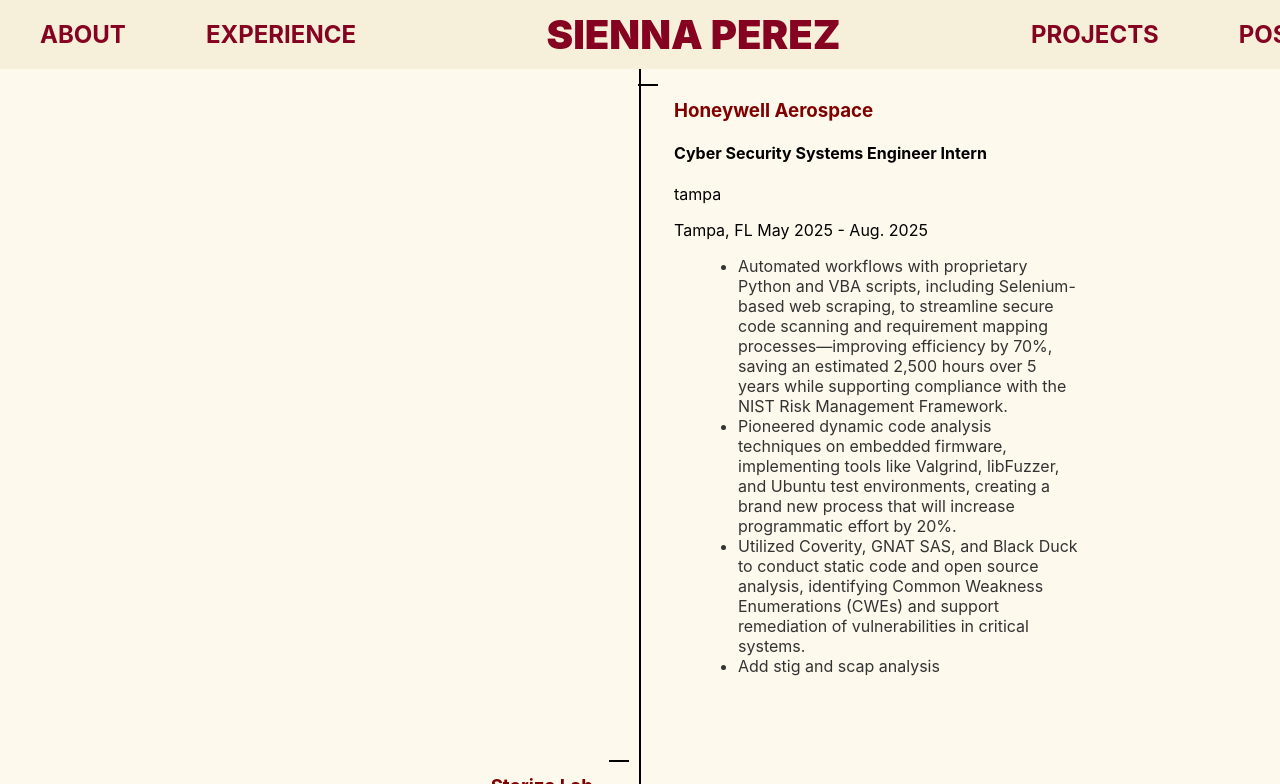
Repository: siennaperez/siennaperezweb
Page: /experience
These files come from the project's save history. The page is drawn as it stood at one moment and after the next save; the edit follows.
The browser window is 1280 px wide. The pictures show the whole page.
An inner scrolling area shows only its first screen. The project was rebuilt for these pictures with package versions that can differ from the ones it lists, and the page was loaded fresh each time. Also part of the build but not shown: src/App.css, src/pages/About.css, src/pages/About.js, src/pages/Home.js.

Above is the page before, as saved 2025-09-21 15:20:54.

### src/App.js
import './App.css';
import ReactDOM from "react-dom/client";
import { BrowserRouter, Routes, Route, Link } from "react-router-dom";
import Navbar from "./components/Navbar";
import Home from "./pages/Home";
import About from "./pages/About";
import Experience from "./pages/Experience";


function App() {
  return (
    <BrowserRouter>
      <Navbar />
      <Routes>
        <Route path="/" element={<Home />} />
        <Route path="/about" element={<About />} />
        <Route path="/experience" element={<Experience />} />

      </Routes>
    </BrowserRouter>
  );
}

export default App;

const root = ReactDOM.createRoot(document.getElementById('root'));
root.render(<App />);

### src/components/Navbar.js
import "./Navbar.css";

import { Link } from 'react-router-dom';

const Navbar = () => {
  return (
    <nav className= "navbar">
      <ul className="nav-list">
        <div class="nav-left">
      <li class="nav-item"><a href="/about">ABOUT</a></li>
      <li class="nav-item"><a href="/experience">EXPERIENCE</a></li>
    </div>

    <div class="nav-center">
      <li class="nav-item"><a href="/">SIENNA PEREZ</a></li>
    </div>

    <div class="nav-right">
      <li class="nav-item"><a href="/projects">PROJECTS</a></li>
      <li class="nav-item"><a href="/posts">POSTS</a></li>
    </div>
      </ul>

    </nav>
  );
}

export default Navbar;

### src/pages/Experience.js
import "./Experience.css";


function Experience() {
return (
    <div className="experience-container">
      <div className="timeline">
        {/* Honeywell */}
        <div className="timeline-item right">
          <h3>Honeywell Aerospace</h3>
          <h4>Cyber Security Systems Engineer Intern</h4>
            <p>tampa</p>Tampa, FL
            May 2025 - Aug. 2025


          <ul>
            <li>Automated workflows with proprietary Python and VBA scripts, including Selenium-based web scraping, to streamline secure code scanning and requirement mapping processes—improving efficiency by 70%, saving an estimated 2,500 hours over 5 years while supporting compliance with the NIST Risk Management Framework.</li>
            <li>Pioneered dynamic code analysis techniques on embedded firmware, implementing tools like Valgrind, libFuzzer, and Ubuntu test environments, creating a brand new process that will increase programmatic effort by 20%.</li>
            <li>Utilized Coverity, GNAT SAS, and Black Duck to conduct static code and open source analysis, identifying Common Weakness Enumerations (CWEs) and support remediation of vulnerabilities in critical systems.</li>
            <li>Add stig and scap analysis</li>
          </ul>
        </div>

        {/* Storiza Lab */}
        <div className="timeline-item left">
          <h3>Storiza Lab</h3>
          <ul>
            <li>description here</li>
            <li>more text</li>
          </ul>
        </div>

        {/* Data Job */}
        <div className="timeline-item right">
          <h3>Data Job?</h3>
          <ul>
            <li>description here</li>
            <li>more text</li>
          </ul>
        </div>

        {/* WiCSE */}
        <div className="timeline-item left">
          <h3>WiCSE</h3>
          <ul>
            <li>description here</li>
            <li>more text</li>
          </ul>
        </div>

        {/* WECE */}
        <div className="timeline-item right">
          <h3>WECE</h3>
          <ul>
            <li>description here</li>
            <li>more text</li>
          </ul>
        </div>
      </div>
    </div>
  );
}
  export default Experience;

### src/components/Navbar.css
.navbar {
  background-color: #F6F0DA;
  padding: 10px 40px;
  position: fixed;
  width: 100%;
  top: 0;
  z-index: 100;
}

.nav-list {
  display: flex;
  justify-content: space-between;
  align-items: center;
  list-style: none;
  margin: 0;
  padding: 0;
  font-weight: bold;
  font-size: 24px;
  color: #850221;
}

.nav-left,
.nav-right {
  display: flex;
  gap: 80px;
}

.nav-center {
  font-size: 40px;
  font-weight: 900;
}

.nav-item a {
  text-decoration: none;
  color: #850221;
}

### src/pages/Experience.css
.experience-container {
  background-color: #fdf9ed; /* light beige like mockup */
  padding: 2rem;
  height: 100vh;
  overflow-y: scroll; /* makes it scroll */
}

.timeline {
  position: relative;
  margin: 0 auto;
  width: 80%;
  max-width: 900px;
}

.timeline::before {
  content: "";
  position: absolute;
  top: 0;
  bottom: 0;
  left: 50%;
  width: 2px;
  background: #000;
  transform: translateX(-50%);
}

/* Each timeline item */
.timeline-item {
  width: 45%;
  padding: 1rem;
  position: relative;
  margin: 2rem 0;
}

.timeline-item h3 {
  color: #800000; /* deep red like mockup */
  font-weight: bold;
}

.timeline-item ul {
  list-style-type: disc;
  margin-left: 1.5rem;
  color: #333;
}

/* Positioning left & right */
.timeline-item.left {
  text-align: right;
  left: -2%;
}

.timeline-item.right {
  text-align: left;
  left: 52%;
}

/* Add connector line */
.timeline-item.left::before,
.timeline-item.right::before {
  content: "";
  position: absolute;
  top: 20px;
  width: 20px;
  height: 2px;
  background: #000;
}

.timeline-item.left::before {
  right: -20px;
}

.timeline-item.right::before {
  left: -20px;
}

Loaded but not shown: public/index.html (common file); src/index.js (common file); src/index.css (common file); src/reportWebVitals.js (common file)

After the next save:
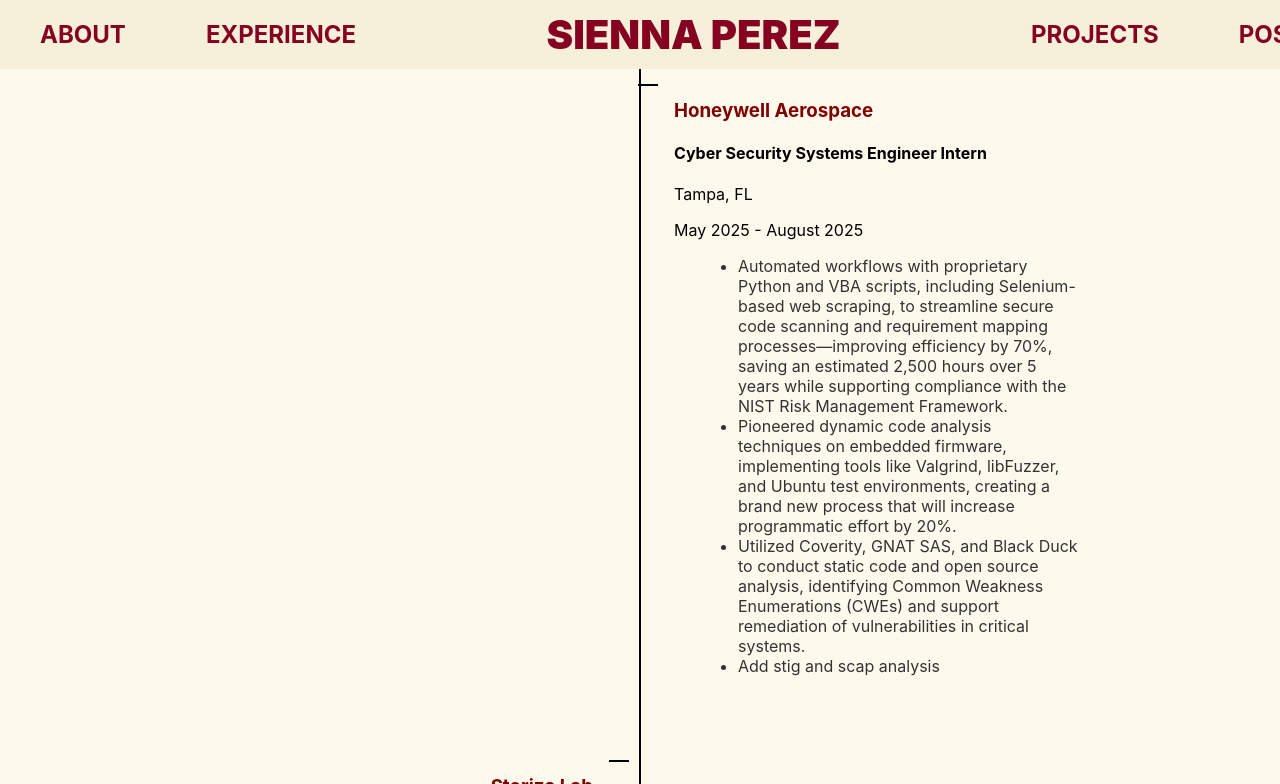
Saved 31 s later.
--- a/src/pages/Experience.js
+++ b/src/pages/Experience.js
@@ -9,10 +9,8 @@
         <div className="timeline-item right">
           <h3>Honeywell Aerospace</h3>
           <h4>Cyber Security Systems Engineer Intern</h4>
-            <p>tampa</p>Tampa, FL
-            May 2025 - Aug. 2025
-
-
+            <p>Tampa, FL</p>
+            <p>May 2025 - August 2025</p>
           <ul>
             <li>Automated workflows with proprietary Python and VBA scripts, including Selenium-based web scraping, to streamline secure code scanning and requirement mapping processes—improving efficiency by 70%, saving an estimated 2,500 hours over 5 years while supporting compliance with the NIST Risk Management Framework.</li>
             <li>Pioneered dynamic code analysis techniques on embedded firmware, implementing tools like Valgrind, libFuzzer, and Ubuntu test environments, creating a brand new process that will increase programmatic effort by 20%.</li>
